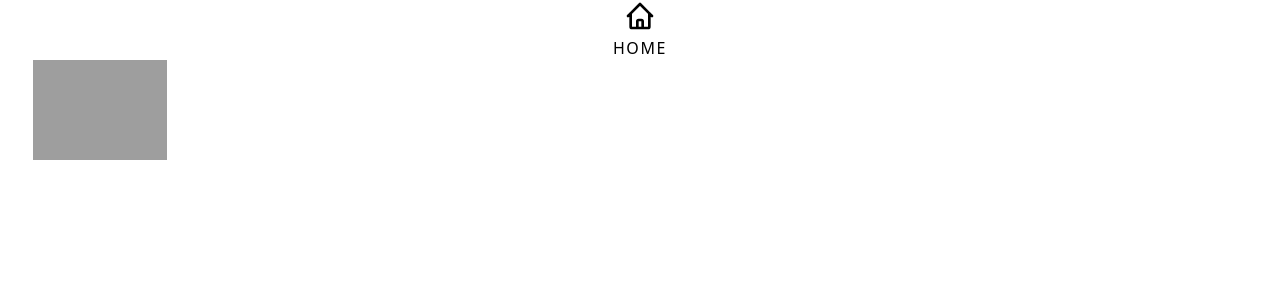
Repository: jafredk/hulu-2
Page: /
An editor plug-in stored every save of this project. The page is shown before and after the next save, followed by the edit.
The browser window is 1280 px wide. The pictures show the whole page.
Pictures or frames that could not be fetched are drawn as grey boxes. The project was rebuilt for these pictures with package versions that can differ from the ones it lists, and the page was loaded fresh each time. The framework's server and built-in components were replaced by stand-ins that run in the browser. Also part of the build but not shown: next.config.js.

Above is the page before, as saved 2021-11-01 13:31:33.

After the next save:
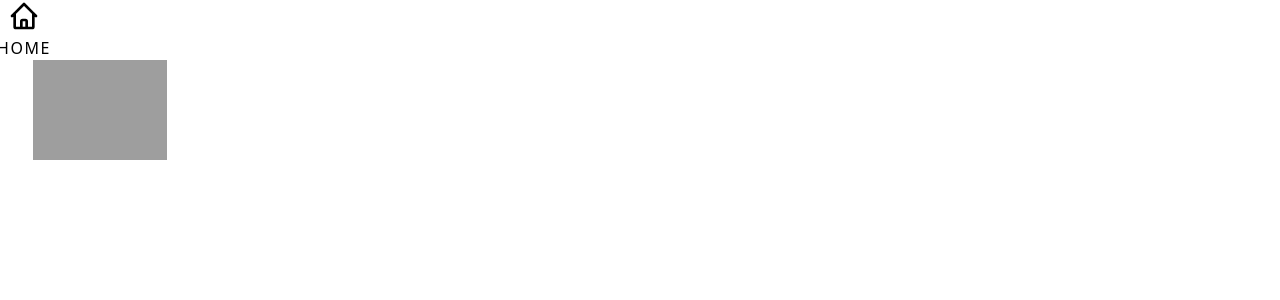
Saved 25 s later.
--- a/components/HeaderItem.js
+++ b/components/HeaderItem.js
@@ -1,6 +1,6 @@
 function HeaderItem({ Icon, title }) {
     return (
-        <div className=" flex flex-col items-center cursor-pointer group ">
+        <div className=" flex flex-col items-center cursor-pointer group w-12 ">
             <Icon className="h-8 mb-1 " />
             <p className=" opacity-100 group-hover:opacity-100  tracking-widest">{title}</p>
         </div>
